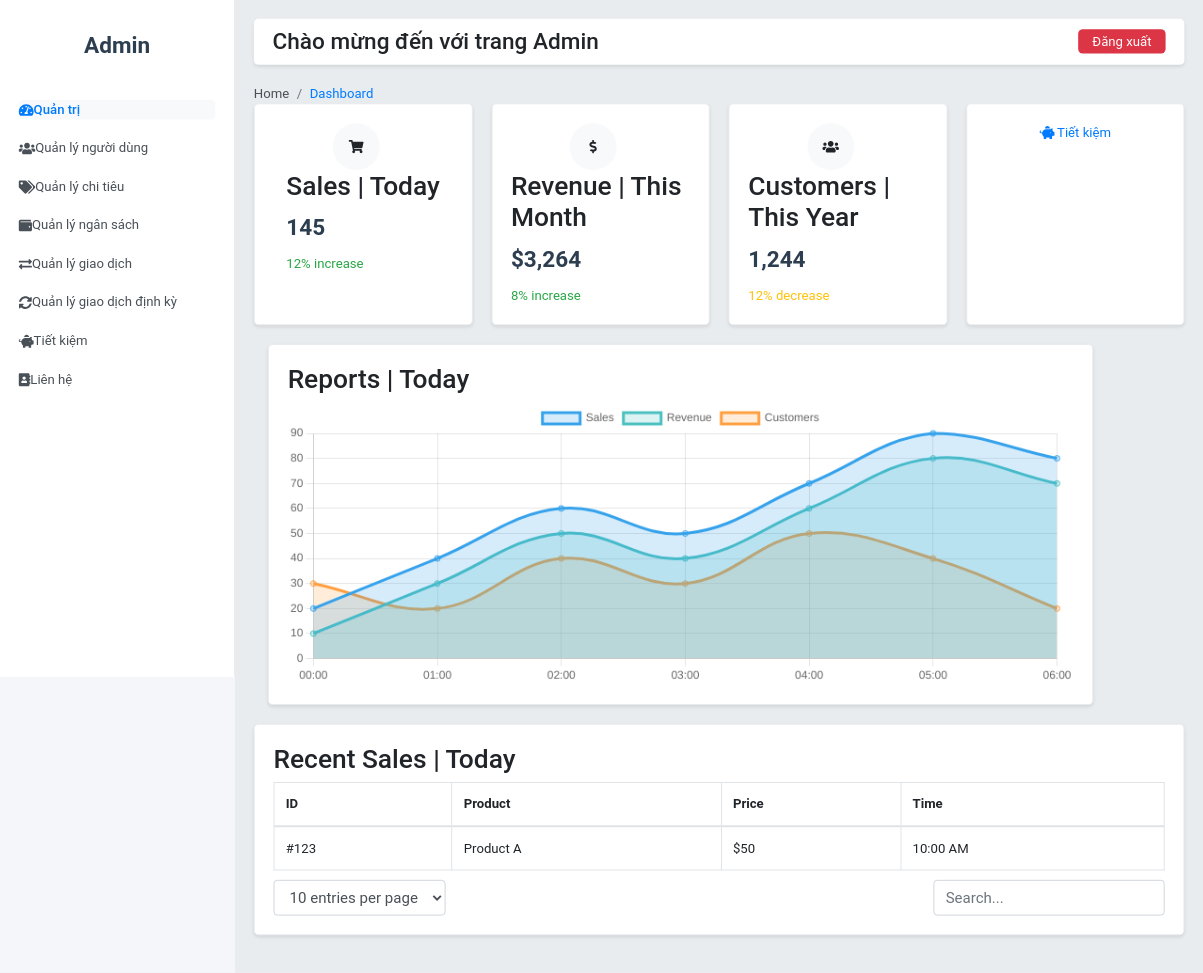
Repository: PhanVanHoa051204/Project3
Page: http://localhost/Project3/dashboard.jsp
The author's editor kept a copy of each file at every save. The page is drawn from the files as they stood at one save, then again after the next save.
The browser window is 1280 px wide. The pictures show the whole page, at 94% of full size.
The page is served by Tomcat 9. Other server files are loaded and not shown.

Above is the page before, as saved 2025-03-14 18:53:41.
Console error: TypeError: Cannot read properties of null (reading 'getContext')

### PhanVanHoa_2210900023_K22CNT1/Project3/src/main/webapp/dashboard.jsp
<%@ page language="java" contentType="text/html; charset=UTF-8"
	pageEncoding="UTF-8"%>
<!DOCTYPE html>
<html lang="en">
<head>
<meta charset="UTF-8">
<meta name="viewport" content="width=device-width, initial-scale=1.0">
<title>Admin</title>
<link rel="stylesheet"
	href="https://cdn.jsdelivr.net/npm/bootstrap@4.5.3/dist/css/bootstrap.min.css">
<script src="https://cdn.jsdelivr.net/npm/chart.js"></script>
<script
	src="https://cdnjs.cloudflare.com/ajax/libs/font-awesome/5.15.4/js/all.min.js"></script>
<link rel="stylesheet" href="style.css">
<script src="https://cdn.jsdelivr.net/npm/chart.js"></script>
</head>
<body>
	<div class="container-fluid">
		<div class="row">
			<!-- Sidebar -->
			<div class="sidebar">
				<div class="logo">Admin</div>
				<ul>
					<li class="active"><a href="#"><i
							class="fas fa-tachometer-alt"></i> Quản trị</a></li>
					<li><a
						href="${pageContext.request.contextPath}/NguoiDung/users.jsp"><i
							class="fas fa-users"></i> Quản lý người dùng</a></li>
					<li><a
						href="${pageContext.request.contextPath}/ChiTieu/categories.jsp"><i
							class="fas fa-tags"></i> Quản lý chi tiêu</a></li>
					<li><a
						href="${pageContext.request.contextPath}/NganSach/budgets.jsp"><i
							class="fas fa-wallet"></i> Quản lý ngân sách</a></li>
					<li><a
						href="${pageContext.request.contextPath}/GiaoDich/transactions.jsp"><i
							class="fas fa-exchange-alt"></i> Quản lý giao dịch</a></li>
					<li><a
						href="${pageContext.request.contextPath}/GDDinhKy/recurringtransactions.jsp"><i
							class="fas fa-sync-alt"></i> Quản lý giao dịch định kỳ</a></li>
					<li><a
						href="${pageContext.request.contextPath}/TietKiem/goals.jsp"><i
							class="fas fa-piggy-bank"></i> Tiết kiệm</a></li>
					<li><a href="https://web.facebook.com/PhanHoa05122004"><i
							class="fas fa-address-book"></i> Liên hệ</a></li>
				</ul>
			</div>

			<!-- Main Content -->
			<div class="main-content">
				<header>
					<div class="">
						<h1>Chào mừng đến với trang Admin</h1>
					</div>
					<div class="submit-section">
						<a href="login.jsp" class="logout-btn">Đăng xuất</a>
					</div>
				</header>

				<!-- Dashboard Content -->
				<div class="dashboard-content">
					<nav aria-label="breadcrumb">
						<ol class="breadcrumb">
							<li class="breadcrumb-item"><a href="dashboard.jsp">Home</a></li>
							<li class="breadcrumb-item active" aria-current="page">Dashboard</li>
						</ol>
					</nav>

					<div class="cards">
						<div class="card stats-card">
							<div class="card-icon">
								<i class="fas fa-shopping-cart"></i>
							</div>
							<div class="card-content">
								<h3>Sales | Today</h3>
								<p class="stats-value">145</p>
								<span class="stats-change text-success">12% increase</span>
							</div>
						</div>
						<div class="card stats-card">
							<div class="card-icon">
								<i class="fas fa-dollar-sign"></i>
							</div>
							<div class="card-content">
								<h3>Revenue | This Month</h3>
								<p class="stats-value">$3,264</p>
								<span class="stats-change text-success">8% increase</span>
							</div>
						</div>
						<div class="card stats-card">
							<div class="card-icon">
								<i class="fas fa-users"></i>
							</div>
							<div class="card-content">
								<h3>Customers | This Year</h3>
								<p class="stats-value">1,244</p>
								<span class="stats-change text-warning">12% decrease</span>
							</div>
						</div>
						<div class="card stats-card">
							<div class="card-content">
								<a href="${pageContext.request.contextPath}/TietKiem/goals.jsp" class=""><i
									class="fas fa-piggy-bank"></i> Tiết kiệm</a>
							</div>
						</div>
					</div>

					<div class="row">
						<div class="col-md-11">
							<div class="chart-section">
								<h3>Reports | Today</h3>
								<canvas id="reportsChart"></canvas>
							</div>
						</div>

					</div>

					<div class="recent-sales">
						<h3>Recent Sales | Today</h3>
						<table class="table table-bordered">
							<thead>
								<tr>
									<th>ID</th>
									<th>Product</th>
									<th>Price</th>
									<th>Time</th>
								</tr>
							</thead>
							<tbody>
								<tr>
									<td>#123</td>
									<td>Product A</td>
									<td>$50</td>
									<td>10:00 AM</td>
								</tr>
							</tbody>
						</table>
						<div class="table-footer">
							<select class="form-control d-inline-block w-auto">
								<option>10 entries per page</option>
							</select> <input type="text"
								class="form-control d-inline-block w-auto ml-2"
								placeholder="Search...">
						</div>
					</div>
				</div>
			</div>
		</div>
	</div>

	<!-- Scripts -->
	<script>
		// Reports Chart
		const reportsCtx = document.getElementById('reportsChart').getContext(
				'2d');
		new Chart(reportsCtx, {
			type : 'line',
			data : {
				labels : [ '00:00', '01:00', '02:00', '03:00', '04:00',
						'05:00', '06:00' ],
				datasets : [ {
					label : 'Sales',
					data : [ 20, 40, 60, 50, 70, 90, 80 ],
					borderColor : 'rgba(54, 162, 235, 1)',
					backgroundColor : 'rgba(54, 162, 235, 0.2)',
					fill : true,
					tension : 0.4
				}, {
					label : 'Revenue',
					data : [ 10, 30, 50, 40, 60, 80, 70 ],
					borderColor : 'rgba(75, 192, 192, 1)',
					backgroundColor : 'rgba(75, 192, 192, 0.2)',
					fill : true,
					tension : 0.4
				}, {
					label : 'Customers',
					data : [ 30, 20, 40, 30, 50, 40, 20 ],
					borderColor : 'rgba(255, 159, 64, 1)',
					backgroundColor : 'rgba(255, 159, 64, 0.2)',
					fill : true,
					tension : 0.4
				} ]
			},
			options : {
				scales : {
					y : {
						beginAtZero : true
					}
				}
			}
		});

		// Budget Chart (Radar Chart)
		const budgetCtx = document.getElementById('budgetChart').getContext(
				'2d');
		new Chart(budgetCtx, {
			type : 'radar',
			data : {
				labels : [ 'Administration', 'Marketing', 'Development',
						'Sales', 'on Technology' ],
				datasets : [ {
					label : 'Allocated Budget',
					data : [ 65, 59, 80, 81, 56 ],
					backgroundColor : 'rgba(54, 162, 235, 0.2)',
					borderColor : 'rgba(54, 162, 235, 1)',
					borderWidth : 2
				}, {
					label : 'Actual Spending',
					data : [ 28, 48, 40, 19, 86 ],
					backgroundColor : 'rgba(75, 192, 192, 0.2)',
					borderColor : 'rgba(75, 192, 192, 1)',
					borderWidth : 2
				} ]
			},
			options : {
				scales : {
					r : {
						beginAtZero : true
					}
				}
			}
		});
	</script>
</html>

### PhanVanHoa_2210900023_K22CNT1/Project3/src/main/webapp/style.css
* {
    margin: 0;
    padding: 0;
    box-sizing: border-box;
    font-family: 'Roboto', sans-serif;
}

body {
    background-color: #f4f6f9;
    font-size: 14px;
    min-height: 100vh;
    overflow-x: hidden;
}

.container-fluid {
    padding: 0;
}

.row {
    margin: 0;
}

/* Sidebar */
.sidebar {
    width: 250px;
    background-color: #fff;
    padding: 20px 0;
    border-right: 1px solid #e9ecef;
    height: 100vh;
    position: fixed;
    top: 0;
    left: 0;
    overflow-y: auto;
    z-index: 1000;
}

.logo {
    font-size: 24px;
    font-weight: 700;
    color: #2c3e50;
    text-align: center;
    padding: 10px 0;
    margin-bottom: 20px;
}

.sidebar ul {
    list-style: none;
    padding: 0;
}

.sidebar ul li {
    padding: 10px 20px;
}

.sidebar ul li a {
    color: #495057;
    text-decoration: none;
    display: flex;
    align-items: center;
    transition: all 0.3s;
}

.sidebar ul li a i {
    margin-right: 10px;
}

.sidebar ul li.active a, .sidebar ul li a:hover {
    color: #007bff;
    background-color: #f8f9fa;
    border-radius: 5px;
}

.sidebar ul li.active a {
    font-weight: 500;
}

/* Main Content */
.main-content {
    margin-left: 250px;
    padding: 20px;
    flex: 1;
    min-height: 100vh;
    background-color: #e9ecef;
    overflow-y: auto;
    position: relative;
    z-index: 1;
}

header {
    display: flex;
    justify-content: space-between;
    align-items: center;
    margin-bottom: 20px;
    background: #fff;
    padding: 10px 20px;
    border-radius: 5px;
    box-shadow: 0 2px 4px rgba(0, 0, 0, 0.1);
    position: sticky;
    top: 0;
    z-index: 10;
}

header h1 {
    margin: 0;
    font-size: 24px;
}

.submit-section .logout-btn {
    padding: 5px 15px;
    background-color: #dc3545;
    color: #fff;
    text-decoration: none;
    border-radius: 5px;
}

.submit-section .logout-btn:hover {
    background-color: #c82333;
}

.dashboard-content {
    padding: 0;
}

.breadcrumb {
    background: transparent;
    padding: 0;
    margin: 0;
}

.breadcrumb-item a {
    color: #495057;
}

.breadcrumb-item.active {
    color: #007bff;
}

.cards {
    display: flex;
    justify-content: space-between;
    margin-bottom: 20px;
    gap: 20px;
    flex-wrap: wrap;
}

.card {
    background: #fff;
    border: 1px solid #e9ecef;
    border-radius: 5px;
    padding: 20px;
    box-shadow: 0 2px 4px rgba(0, 0, 0, 0.1);
    flex: 1;
    min-width: 200px;
    display: flex;
    align-items: center;
    transition: transform 0.3s;
}

.card:hover {
    transform: translateY(-5px);
}

.card-icon {
    width: 50px;
    height: 50px;
    background: #f8f9fa;
    border-radius: 50%;
    display: flex;
    align-items: center;
    justify-content: center;
    margin-right: 15px;
}

.card-icon i {
    font-size: 24px;
    color: #6c757d;
}

.card-content {
    flex: 1;
    text-align: left;
}

.stats-value {
    font-size: 24px;
    font-weight: 700;
    color: #2c3e50;
    margin: 10px 0;
}

.stats-change {
    font-size: 14px;
    display: block;
}

.text-success {
    color: #28a745;
}

.text-warning {
    color: #ffc107;
}

.chart-section {
    background: #fff;
    border: 1px solid #e9ecef;
    border-radius: 5px;
    padding: 20px;
    margin-bottom: 20px;
    box-shadow: 0 2px 4px rgba(0, 0, 0, 0.1);
}

.chart-section canvas {
    max-height: 300px;
    width: 100% !important; /* Đảm bảo canvas chiếm toàn bộ chiều rộng */
    height: auto !important; /* Tự động điều chỉnh chiều cao */
}

.recent-sales {
    background: #fff;
    border: 1px solid #e9ecef;
    border-radius: 5px;
    padding: 20px;
    margin-bottom: 20px;
    box-shadow: 0 2px 4px rgba(0, 0, 0, 0.1);
}

.table {
    margin-bottom: 0;
}

.table-footer {
    margin-top: 10px;
    display: flex;
    justify-content: space-between;
}

After the next save:
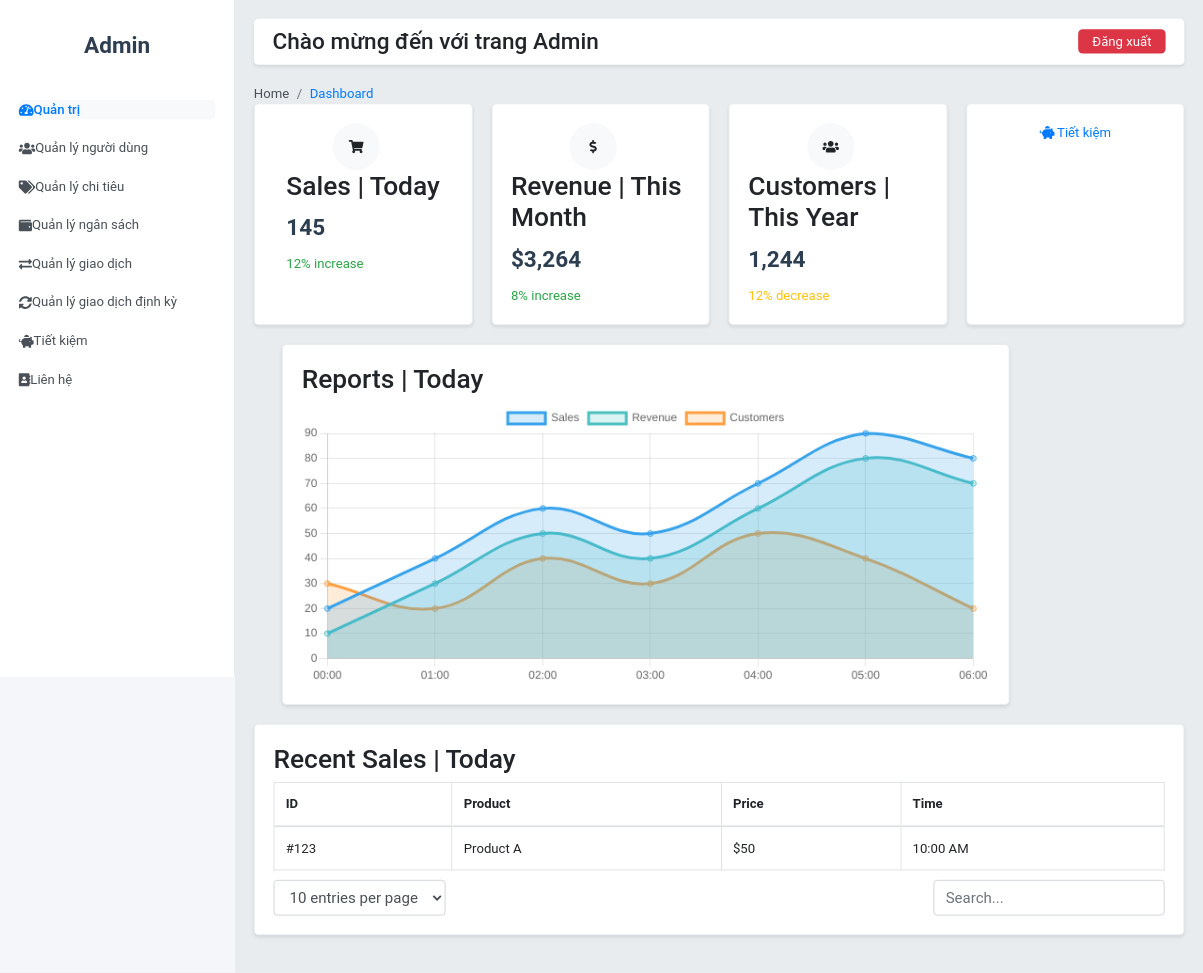
Saved 5 h 29 min later.
--- a/PhanVanHoa_2210900023_K22CNT1/Project3/src/main/webapp/dashboard.jsp
+++ b/PhanVanHoa_2210900023_K22CNT1/Project3/src/main/webapp/dashboard.jsp
@@ -105,7 +105,7 @@
 						</div>
 					</div>
 
-					<div class="row">
+					<div class="col-md-11">
 						<div class="col-md-11">
 							<div class="chart-section">
 								<h3>Reports | Today</h3>
